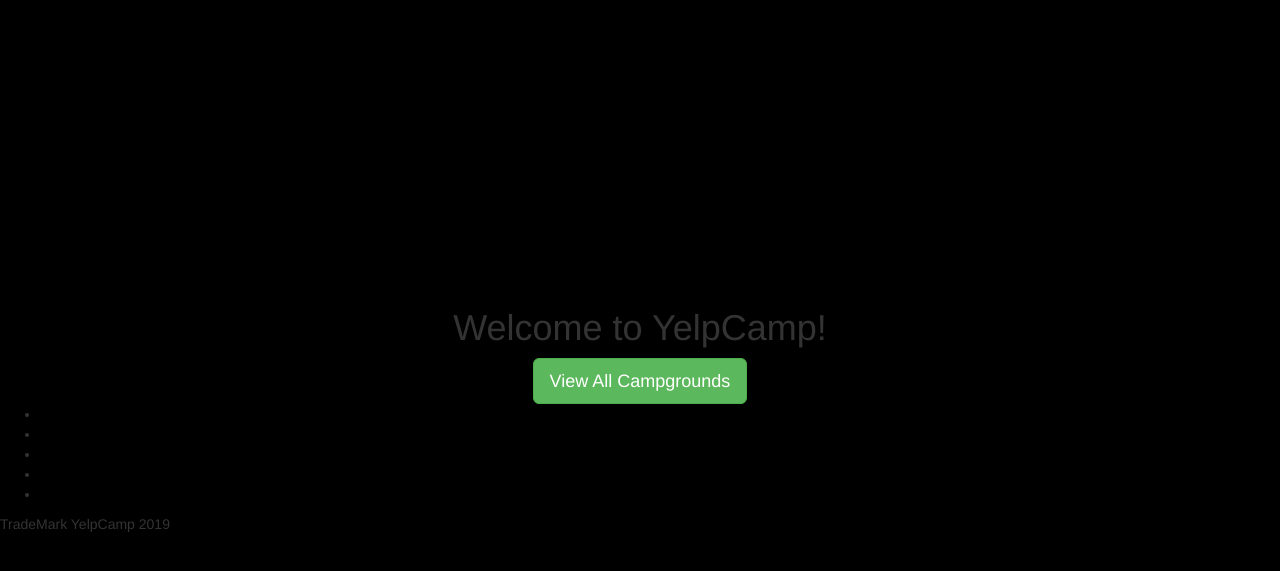
Repository: msuzuki23/AWS-Cloud9-YelpCamp
Page: http://localhost/
The author's editor kept a record of every edit. The page is drawn from the files as they stood at one moment, then again after the next edit.
The browser window is 1280 px wide. The pictures show the whole page.
The page is served by the project's Node server (YelpCamp/app.js).

Above is the page before.

After the next edit:
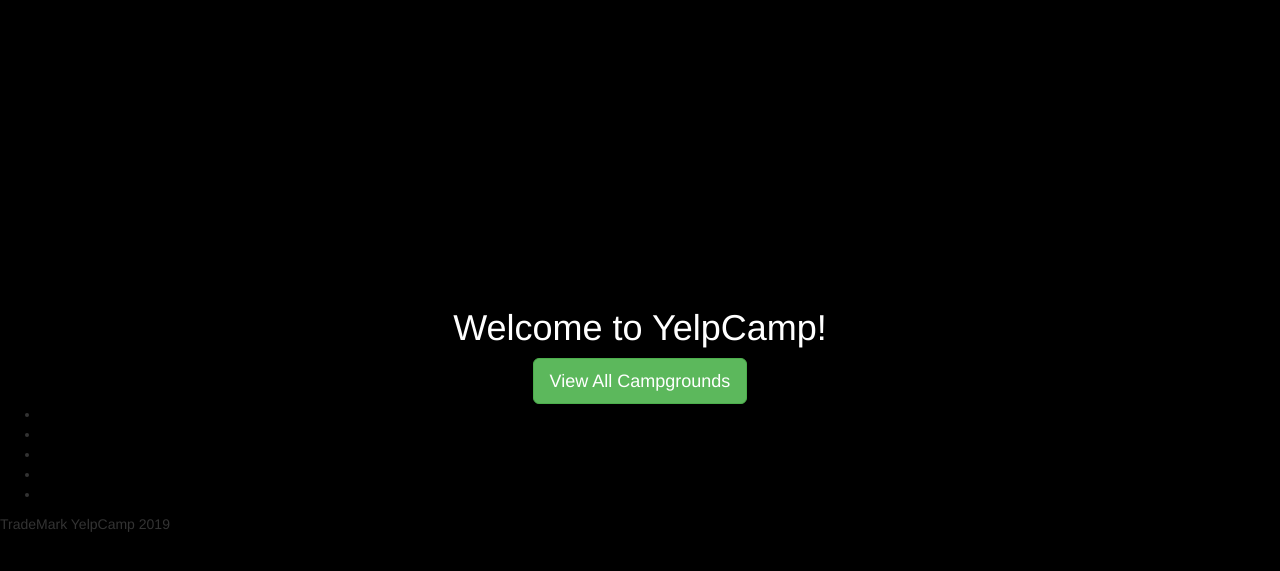
The edit:
--- a/YelpCamp/public/stylesheets/landing.css
+++ b/YelpCamp/public/stylesheets/landing.css
@@ -9,9 +9,9 @@
   padding-top: 40vh;
 }
 
-/*#landing-header h1 {*/
-/*  color: #fff;*/
-/*}*/
+#landing-header h1 {
+  color: #fff;
+}
 
 /*.slideshow { */
 /*  position: fixed;*/
